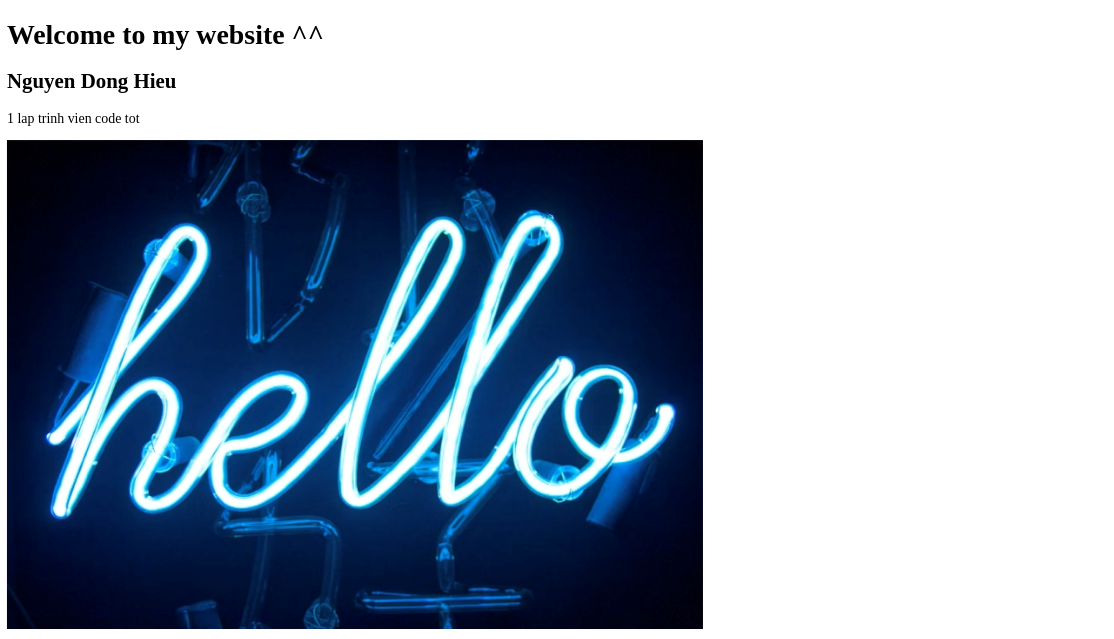
Repository: nguyendonghieu1011-png/project2
Page: index.html
An editor plug-in stored every save of this project. The page is shown before and after the next save, followed by the edit.
The browser window is 1280 px wide. The pictures show the whole page, at 87% of full size.

Above is the page before, as saved 2025-11-05 22:25:34.

After the next save:
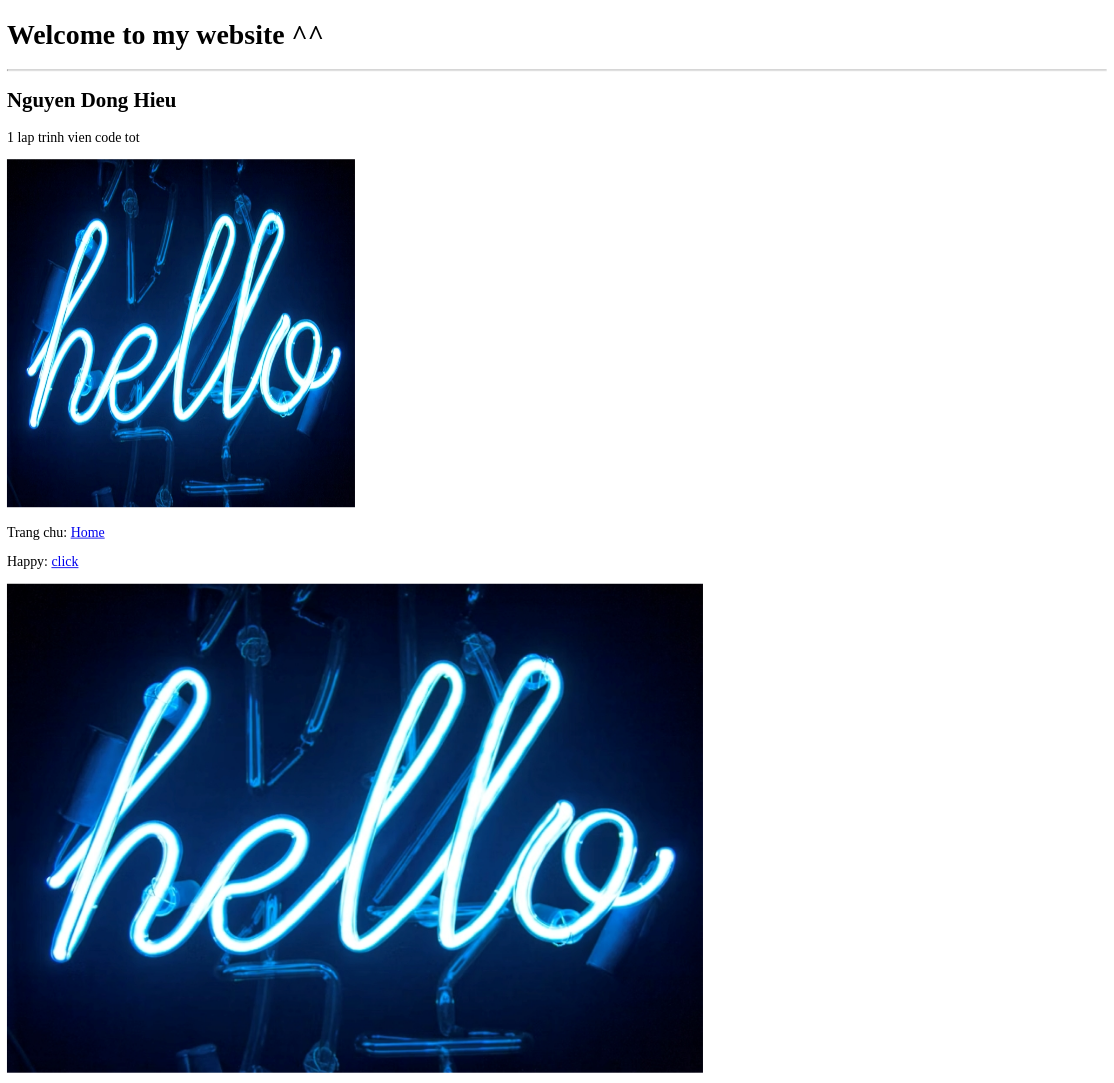
Saved 2 min 4 s later.
--- a/index.html
+++ b/index.html
@@ -7,12 +7,26 @@
   </head>
   <body>
     <h1>Welcome to my website ^^</h1>
+    <hr />
 
     <h2>Nguyen Dong Hieu</h2>
     <p>1 lap trinh vien code tot</p>
-    <img src="img/hello.jpg" />
+    <img src="../img/hello.jpg" width="400px" height="400px" /> <br />
 
-    <!-- 1. về trang chủ -->
-    <a href="/index.html"
+    <!-- 1. điều hướng đến trang chủ -->
+    <p>
+      Trang chu:
+      <a href="./index.html">Home</a>
+    </p>
+    <!-- 2. điều hướng đến happy.html -->
+    <p>
+      Happy:
+      <a href="/more-info/happy.html">click</a>
+    </p>
+
+    <!-- 3.bấm vào ảnh hello -> chuyển hướng đến happy.html -->
+    <a href="/more-info/happy.html">
+      <img src="../img/hello.jpg" />
+    </a>
   </body>
 </html>
